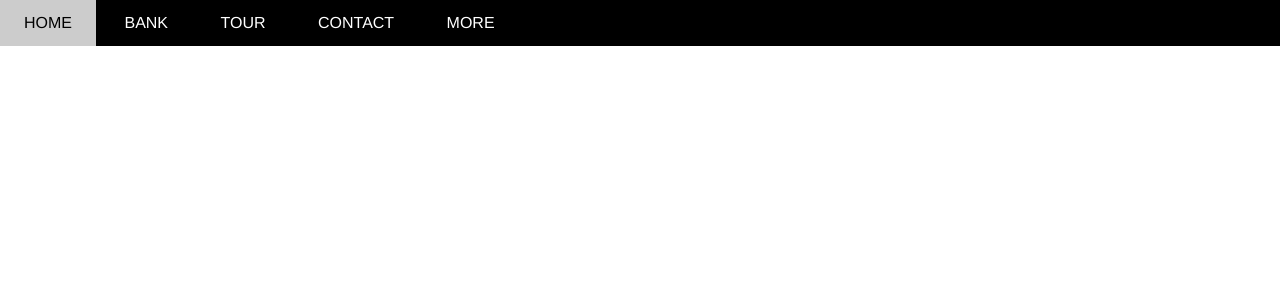
Repository: vuongtm1999/TheBand_W3School
Page: index.html
The author's editor kept a copy of each file at every save. The page is drawn from the files as they stood at one save, then again after the next save.
The browser window is 1280 px wide. The pictures show the whole page.

Above is the page before, as saved 2022-08-24 15:33:26.

After the next save:
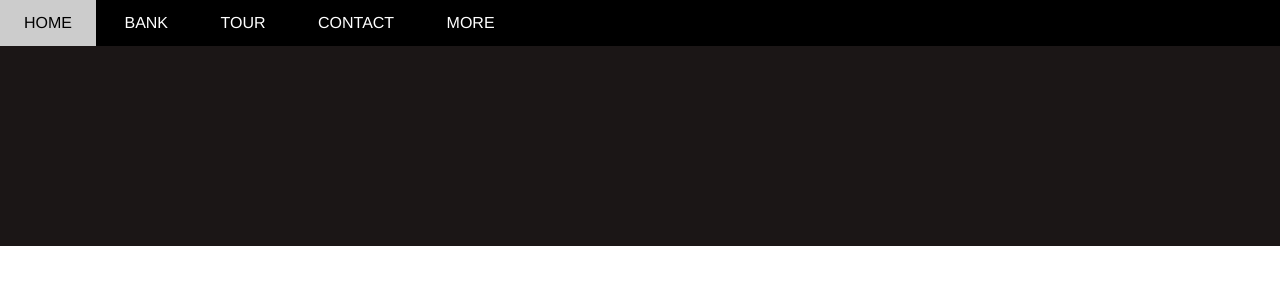
Saved 64 s later.
--- a/assets/css/style.css
+++ b/assets/css/style.css
@@ -86,7 +86,7 @@ a{
 
 #slider {
     height: 200px;
-    /* background-color: rgb(27, 22, 22); */
+    background-color: rgb(27, 22, 22);
 }
 
 #container {}

After the save that followed:
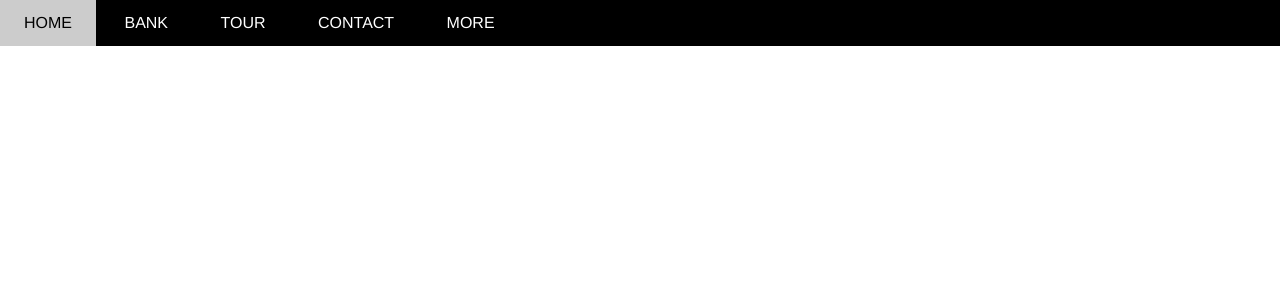
Saved 11 s later.
--- a/assets/css/style.css
+++ b/assets/css/style.css
@@ -86,7 +86,7 @@ a{
 
 #slider {
     height: 200px;
-    background-color: rgb(27, 22, 22);
+    /* background-color: rgb(27, 22, 22); */
 }
 
 #container {}
